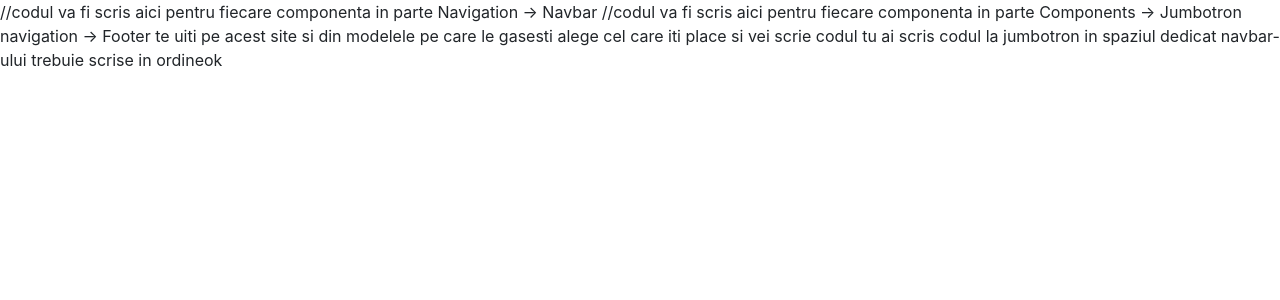
Repository: nicolasolo/bitesizecoding.space
Page: index.html
The author's editor kept a copy of each file at every save. The page is drawn from the files as they stood at one save, then again after the next save.
The browser window is 1280 px wide. The pictures show the whole page.

Above is the page before, as saved 2020-04-09 17:32:01.

### index.html
<!DOCTYPE html>
<html lang="en">
<head>
    <meta charset="UTF-8">
    <meta name="viewport" content="width=device-width, initial-scale=1.0">
    <title>Trincu-Andrei</title>
    <link rel="stylesheet" href="https://stackpath.bootstrapcdn.com/bootstrap/4.4.1/css/bootstrap.min.css" integrity="sha384-Vkoo8x4CGsO3+Hhxv8T/Q5PaXtkKtu6ug5TOeNV6gBiFeWPGFN9MuhOf23Q9Ifjh" crossorigin="anonymous">

    <link rel="stylesheet" href="css/index.css">
</head>
<body>
<header>
<!-- Navbar-->
//codul va fi scris aici pentru fiecare componenta in parte
Navigation -> Navbar
<!-- Jumbotron -->
//codul va fi scris aici pentru fiecare componenta in parte
Components -> Jumbotron
<!-- Footer-->
navigation -> Footer
te uiti pe acest site si din modelele pe care le gasesti alege cel care iti place
si vei scrie codul

tu ai scris codul la jumbotron in spaziul dedicat navbar-ului trebuie scrise in ordineok

<script src="https://code.jquery.com/jquery-3.4.1.slim.min.js" integrity="sha384-J6qa4849blE2+poT4WnyKhv5vZF5SrPo0iEjwBvKU7imGFAV0wwj1yYfoRSJoZ+n" crossorigin="anonymous"></script>
<script src="https://cdn.jsdelivr.net/npm/popper.js@1.16.0/dist/umd/popper.min.js" integrity="sha384-Q6E9RHvbIyZFJoft+2mJbHaEWldlvI9IOYy5n3zV9zzTtmI3UksdQRVvoxMfooAo" crossorigin="anonymous"></script>
<script src="https://stackpath.bootstrapcdn.com/bootstrap/4.4.1/js/bootstrap.min.js" integrity="sha384-wfSDF2E50Y2D1uUdj0O3uMBJnjuUD4Ih7YwaYd1iqfktj0Uod8GCExl3Og8ifwB6" crossorigin="anonymous"></script>
    <script src="./js/custom.js"></script>
</body>
</html>
<div></div>

Loaded but not shown: css/index.css (no stored copy; drawn as an empty file); js/custom.js (no stored copy; drawn as an empty file)

After the next save:
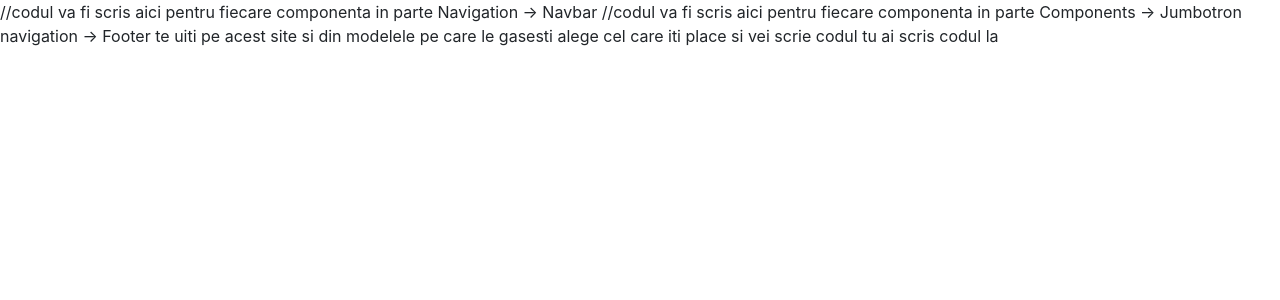
Saved 7 s later.
--- a/index.html
+++ b/index.html
@@ -21,7 +21,7 @@
 te uiti pe acest site si din modelele pe care le gasesti alege cel care iti place
 si vei scrie codul
 
-tu ai scris codul la jumbotron in spaziul dedicat navbar-ului trebuie scrise in ordineok
+tu ai scris codul la
 
 <script src="https://code.jquery.com/jquery-3.4.1.slim.min.js" integrity="sha384-J6qa4849blE2+poT4WnyKhv5vZF5SrPo0iEjwBvKU7imGFAV0wwj1yYfoRSJoZ+n" crossorigin="anonymous"></script>
 <script src="https://cdn.jsdelivr.net/npm/popper.js@1.16.0/dist/umd/popper.min.js" integrity="sha384-Q6E9RHvbIyZFJoft+2mJbHaEWldlvI9IOYy5n3zV9zzTtmI3UksdQRVvoxMfooAo" crossorigin="anonymous"></script>
